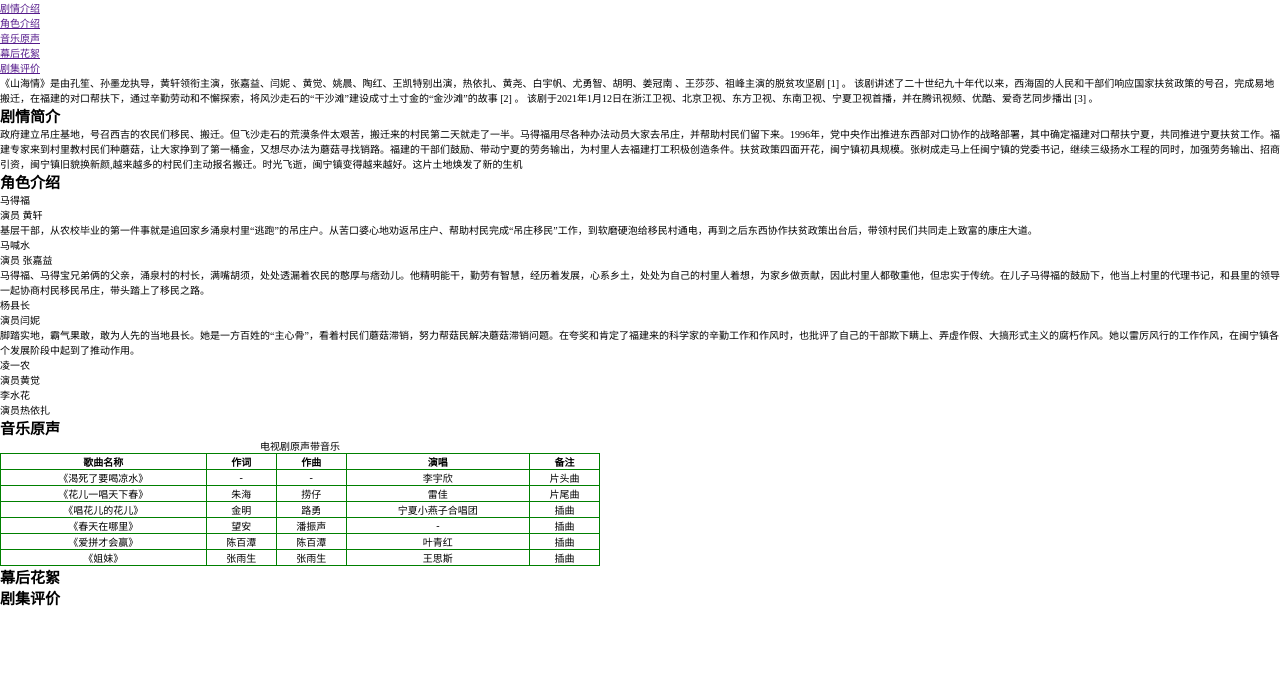
Repository: Lixianlai-2/static-website
Page: index.html
These files come from the project's save history. The page is drawn as it stood at one moment and after the next save; the edit follows.
The browser window is 1280 px wide. The pictures show the whole page.

Above is the page before, as saved 2021-11-30 20:24:58.

After the next save:
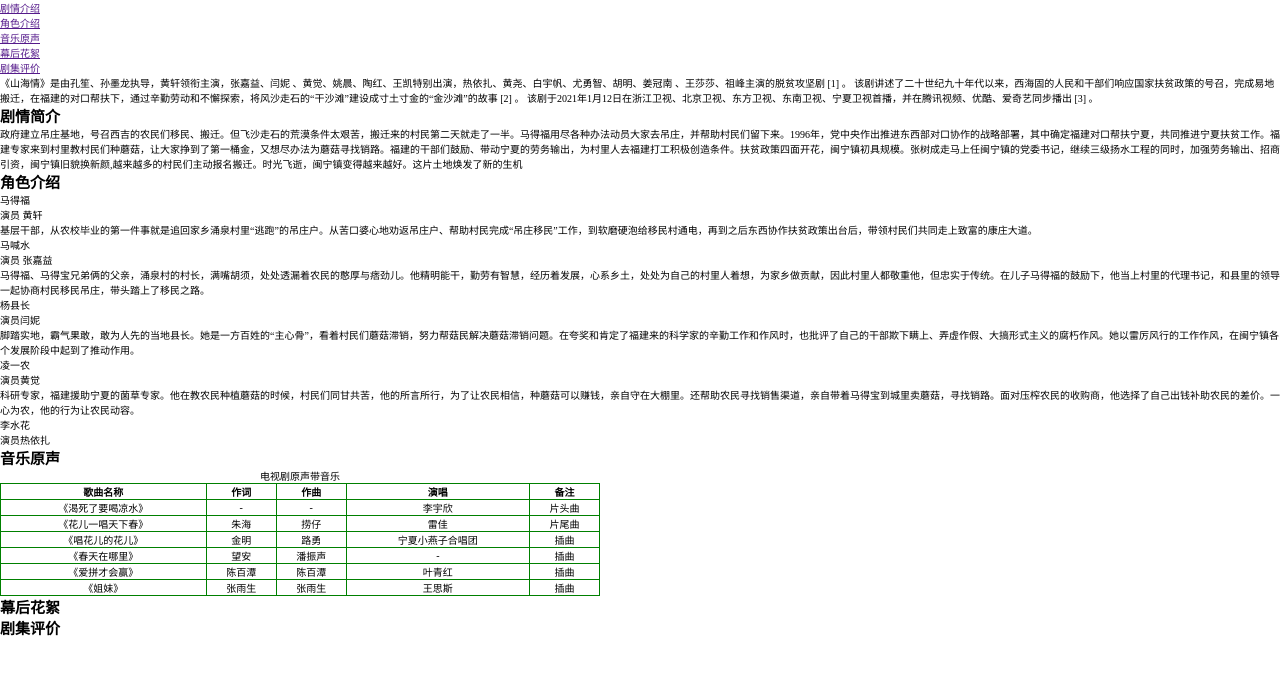
Saved 10 s later.
--- a/index.html
+++ b/index.html
@@ -132,7 +132,11 @@
               <div class="role-actor">
                 <span class="item-key">演员</span
                 ><span class="item-value">黄觉</span>
-                <dl></dl>
+                <dl>
+                  <p>
+                    科研专家，福建援助宁夏的菌草专家。他在教农民种植蘑菇的时候，村民们同甘共苦，他的所言所行，为了让农民相信，种蘑菇可以赚钱，亲自守在大棚里。还帮助农民寻找销售渠道，亲自带着马得宝到城里卖蘑菇，寻找销路。面对压榨农民的收购商，他选择了自己出钱补助农民的差价。一心为农，他的行为让农民动容。
+                  </p>
+                </dl>
               </div>
             </div>
           </dt>
